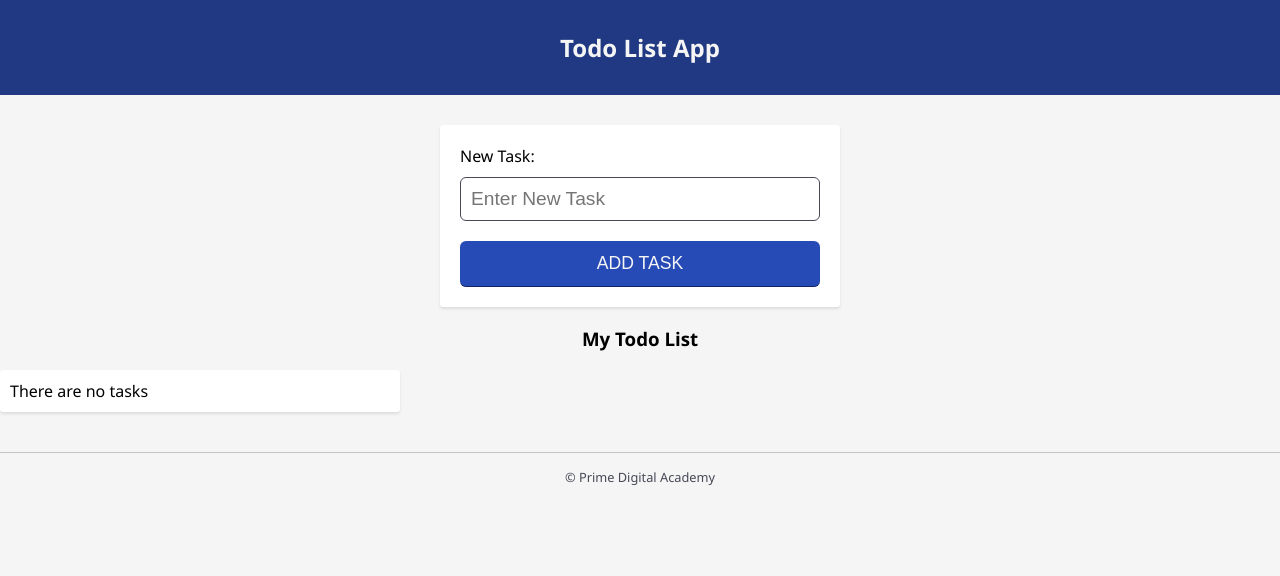
Repository: ryanmgregory/ursus-todo-list
Page: index.html
The author's editor kept a copy of each file at every save. The page is drawn from the files as they stood at one save, then again after the next save.
The browser window is 1280 px wide. The pictures show the whole page.

Above is the page before, as saved 2020-03-19 23:21:16.

After the next save:
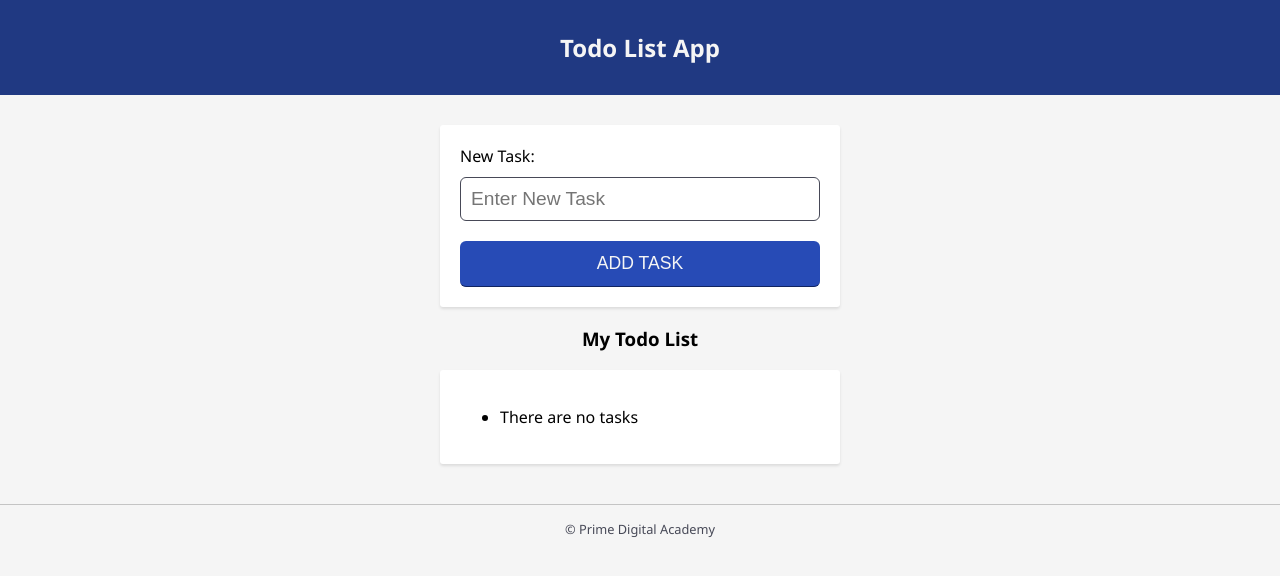
Saved 14 s later.
--- a/index.html
+++ b/index.html
@@ -31,7 +31,7 @@
     <!-- h3 "My To Do List"  -->
     <h3>My Todo List</h3>
     <!-- <UL> <OL single item: "There are no tasks in it"/>  -->
-    <div class="panel stackedList">
+    <div class="panel">
       <ul class="js-unordered-list">
         <li class="js-single-item-list">
           There are no tasks
